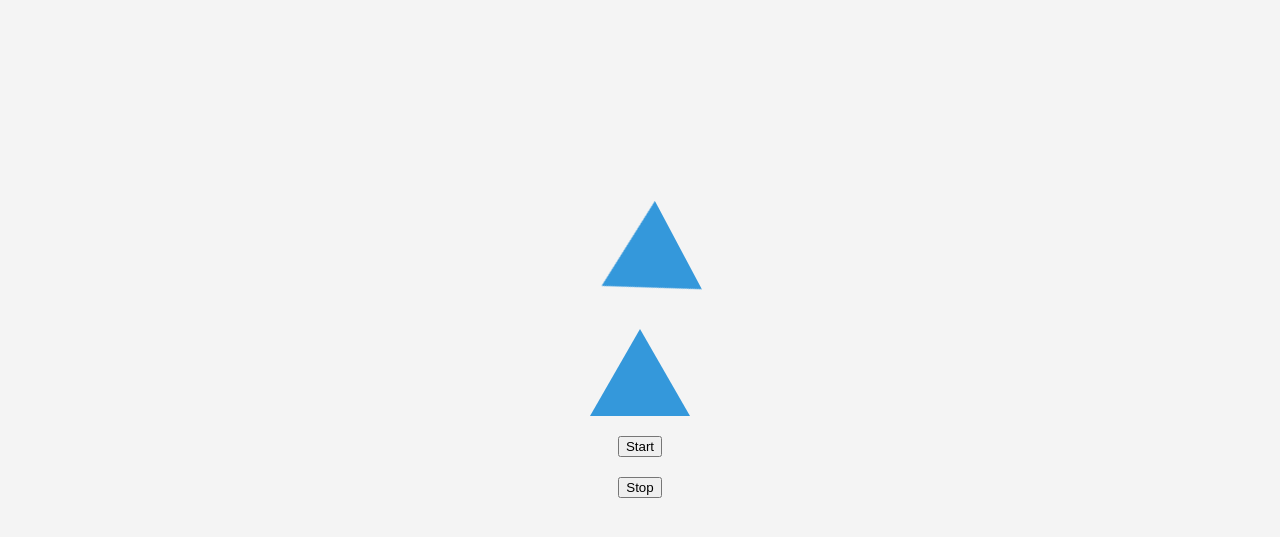
Repository: boshi-an/Isorhythm
Page: .vscode/Isorhythm/index.html
These files come from the project's save history. The page is drawn as it stood at one moment and after the next save; the edit follows.
The browser window is 1280 px wide. The pictures show the whole page.

Above is the page before, as saved 2023-10-18 17:27:06.

### .vscode/Isorhythm/index.html
<!DOCTYPE html>
<html lang="en">

<head>
    <meta charset="UTF-8">
    <meta name="viewport" content="width=device-width, initial-scale=1.0">
    <title>Rotating Circles</title>
    <link rel="stylesheet" href="styles.css">
</head>

<body>
    <div class="triangle" id="triangle1"></div>
    <div class="triangle" id="triangle2"></div>
    <button id="startBtn">Start</button>
    <button id="stopBtn">Stop</button>
    <script src="script.js"></script>
</body>

</html>

### .vscode/Isorhythm/styles.css
body {
    display: flex;
    justify-content: center;
    align-items: center;
    flex-direction: column;
    height: 100vh;
    background-color: #f4f4f4;
    overflow: hidden;
    margin: 0;
    gap: 20px;
}


.triangle {
    width: 0;
    height: 0;
    border-left: 50px solid transparent;
    border-right: 50px solid transparent;
    border-bottom: 87px solid #3498db;
    will-change: transform;
    transform-origin: 50% 50%;
}

.circle {
    width: 100px;
    height: 100px;
    border-radius: 50%;
    will-change: transform;
    transform-origin: 50% 50%;
}

#circle1 {
    background-color: #3498db;
}

#circle2 {
    background-color: #e74c3c;
}

### .vscode/Isorhythm/script.js
let angle = 0;

function rotateTriangle() {
    const triangle = document.querySelector('.triangle');
    angle = (angle + 2) % 360;
    triangle.style.transform = `rotate(${angle}deg)`;
    requestAnimationFrame(rotateTriangle);
}

rotateTriangle();

After the next save:
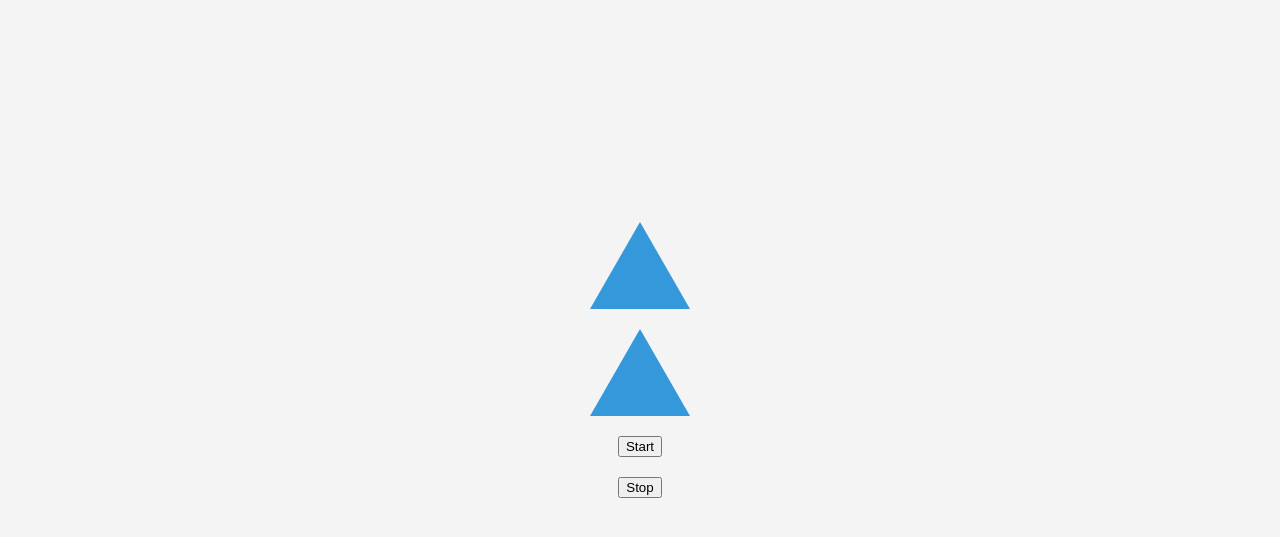
Saved 6 s later.
--- a/.vscode/Isorhythm/script.js
+++ b/.vscode/Isorhythm/script.js
@@ -1,10 +1,28 @@
-let angle = 0;
+let angle1 = 0;
+let angle2 = 0;
+let animationId1;
+let animationId2;
 
-function rotateTriangle() {
-    const triangle = document.querySelector('.triangle');
-    angle = (angle + 2) % 360;
-    triangle.style.transform = `rotate(${angle}deg)`;
-    requestAnimationFrame(rotateTriangle);
+function rotateCircle1() {
+    const circle1 = document.getElementById('circle1');
+    angle1 = (angle1 + 2) % 360;
+    circle1.style.transform = `rotate(${angle1}deg)`;
+    animationId1 = requestAnimationFrame(rotateCircle1);
 }
 
-rotateTriangle();
+function rotateCircle2() {
+    const circle2 = document.getElementById('circle2');
+    angle2 = (angle2 - 2) % 360;
+    circle2.style.transform = `rotate(${angle2}deg)`;
+    animationId2 = requestAnimationFrame(rotateCircle2);
+}
+
+document.getElementById('startBtn').addEventListener('click', () => {
+    rotateCircle1();
+    rotateCircle2();
+});
+
+document.getElementById('stopBtn').addEventListener('click', () => {
+    cancelAnimationFrame(animationId1);
+    cancelAnimationFrame(animationId2);
+});
